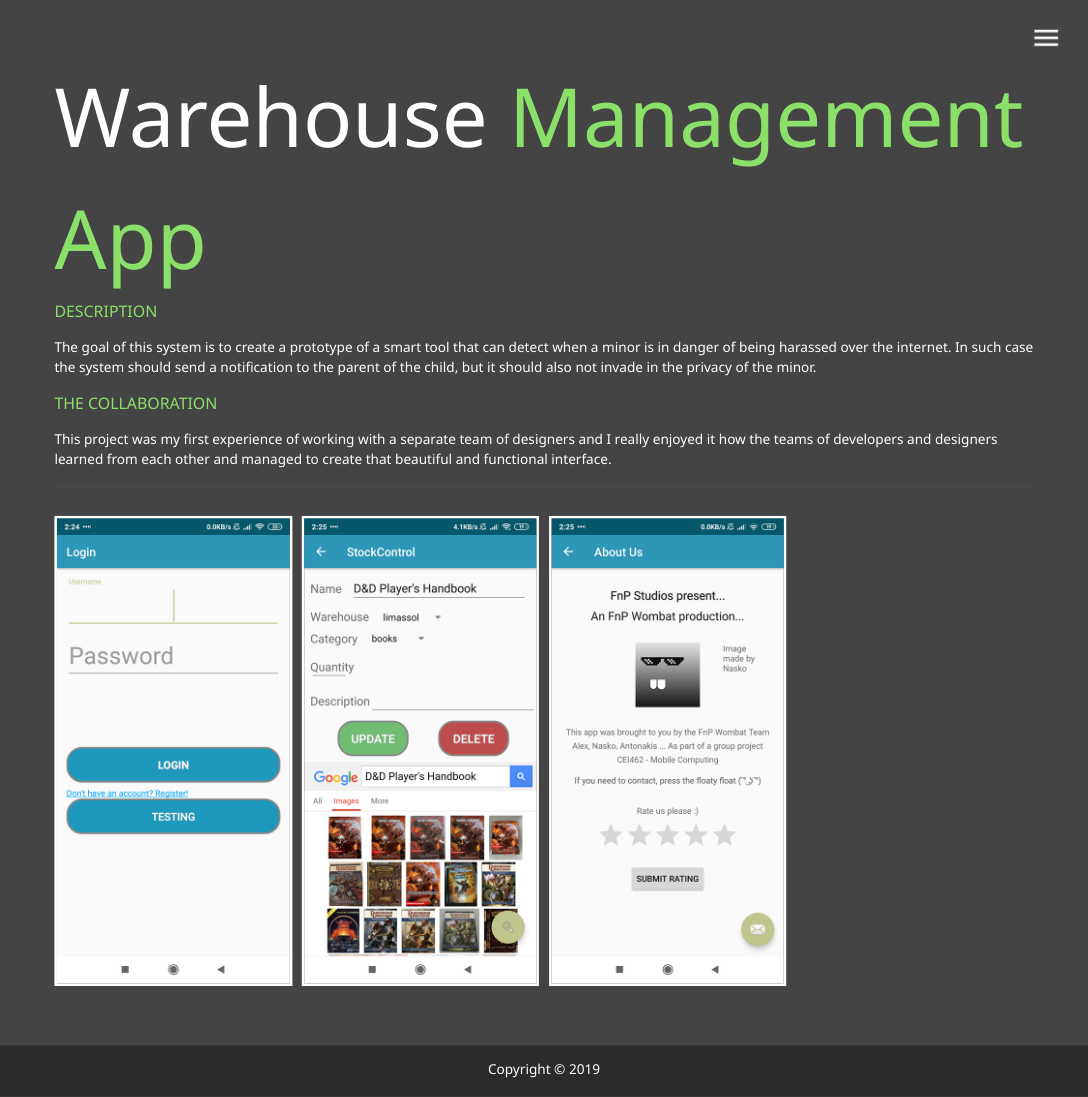
Repository: Preap/portfolio
Page: dist/projects/stockcontrol.html
The author's editor kept a copy of each file at every save. The page is drawn from the files as they stood at one save, then again after the next save.
The browser window is 1280 px wide. The pictures show the whole page, at 85% of full size.
Some web libraries are served in a nearby version.

Above is the page before, as saved 2019-06-06 02:48:32.

After the next save:
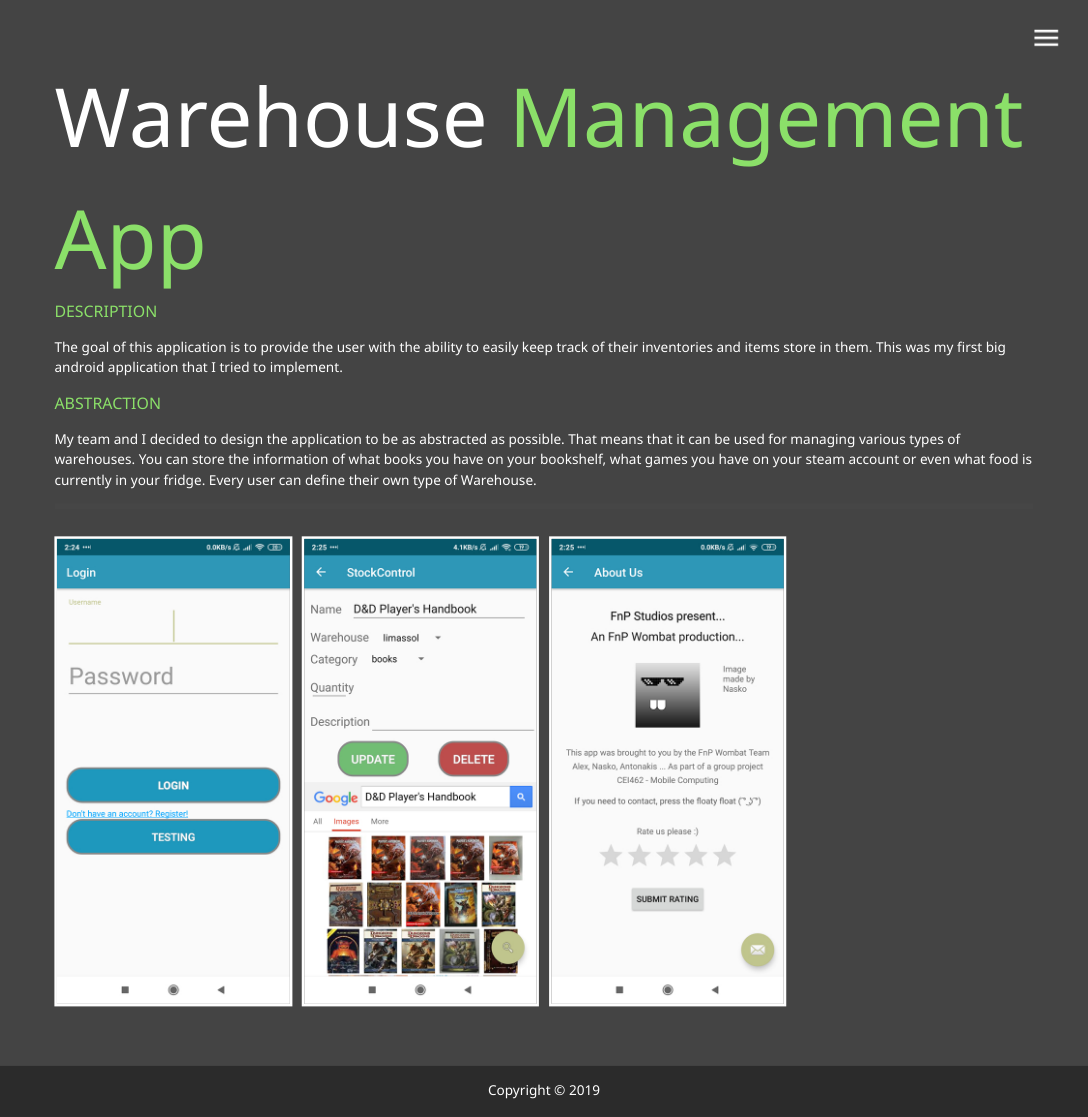
Saved 5 min 45 s later.
--- a/dist/projects/stockcontrol.html
+++ b/dist/projects/stockcontrol.html
@@ -49,13 +49,15 @@
       <div class="project-description">
         <h3 class="text-secondary">DESCRIPTION</h3>
         <p>
-            The goal of this system is to create a prototype of a smart tool that can detect when a minor is in danger of being harassed over
-            the internet. In such case the system should send a notification to the parent of the child, but it should also not invade in the privacy of the minor.
+            The goal of this application is to provide the user with the ability to easily keep track of their inventories
+            and items store in them. This was my first big android application that I tried to implement.
         </p>
-        <h3 class="text-secondary">THE COLLABORATION</h3>
+        <h3 class="text-secondary">ABSTRACTION</h3>
         <p>
-            This project was my first experience of working with a separate team of designers and I really enjoyed it how
-            the teams of developers and designers learned from each other and managed to create that beautiful and functional interface.
+            My team and I decided to design the application to be as abstracted as possible. That means that it can be used
+            for managing various types of warehouses. You can store the information of what books you have on your bookshelf,
+            what games you have on your steam account or even what food is currently in your fridge. Every user can define their
+            own type of Warehouse.
       </p>
       </div>
       <h2 class="sm-heading"></h2>
